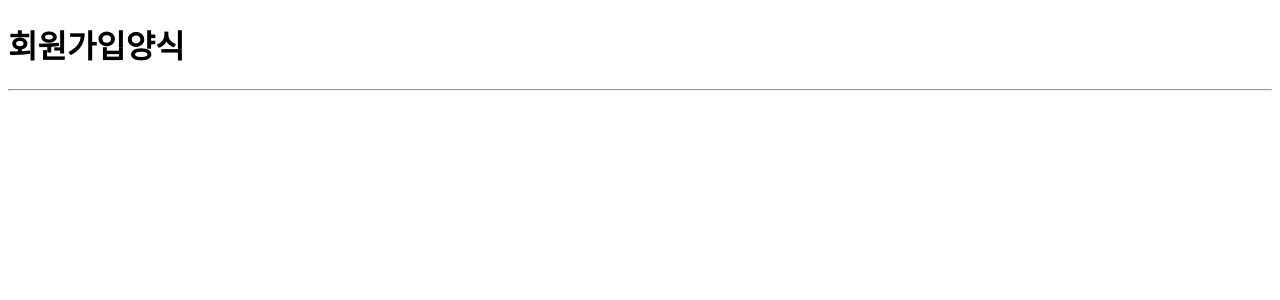
Repository: ParkHyeonju12/servlet
Page: web-workspace/03_dbProject/src/main/webapp/html/joinFrm.html
The author's editor kept a copy of each file at every save. The page is drawn from the files as they stood at one save, then again after the next save.
The browser window is 1280 px wide. The pictures show the whole page.

Above is the page before, as saved 2022-08-30 01:23:15.

### web-workspace/03_dbProject/src/main/webapp/html/joinFrm.html
<!DOCTYPE html>
<html>
<head>
<meta charset="UTF-8">
<title>Insert title here</title>
</head>
<body>
	<h1>회원가입양식</h1>
	<hr>
</body>
</html>

After the next save:
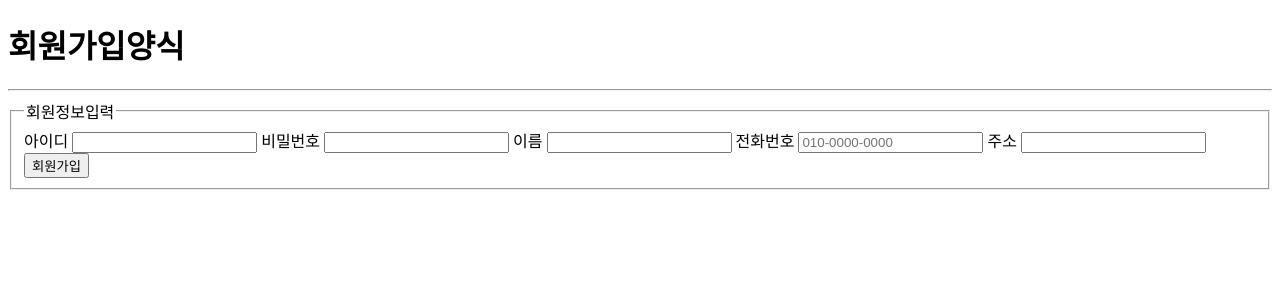
Saved 18 min 1 s later.
--- a/web-workspace/03_dbProject/src/main/webapp/html/joinFrm.html
+++ b/web-workspace/03_dbProject/src/main/webapp/html/joinFrm.html
@@ -7,5 +7,21 @@
 <body>
 	<h1>회원가입양식</h1>
 	<hr>
+	<form action="/join.do" method="post">
+		<fieldset>
+			<legend>회원정보입력</legend>
+			<label for="memberId">아이디</label>
+			<input type="text" name="memberId" id="memberId">
+			<label for="memberPw">비밀번호</label>
+			<input type="password" name="memberPw" id="memberPw">
+			<label for="memberName">이름</label>
+			<input type="text" name="memberName" id="memberName">
+			<label for="memberPhone">전화번호</label>
+			<input type="text" name="memberPhone" id="memberPhone" placeholder="010-0000-0000">
+			<label for="memberAddr">주소</label>
+			<input type="text" name="memberAddr" id="memberAddr">
+			<input type="submit" value="회원가입">
+		</fieldset>
+	</form>
 </body>
 </html>
